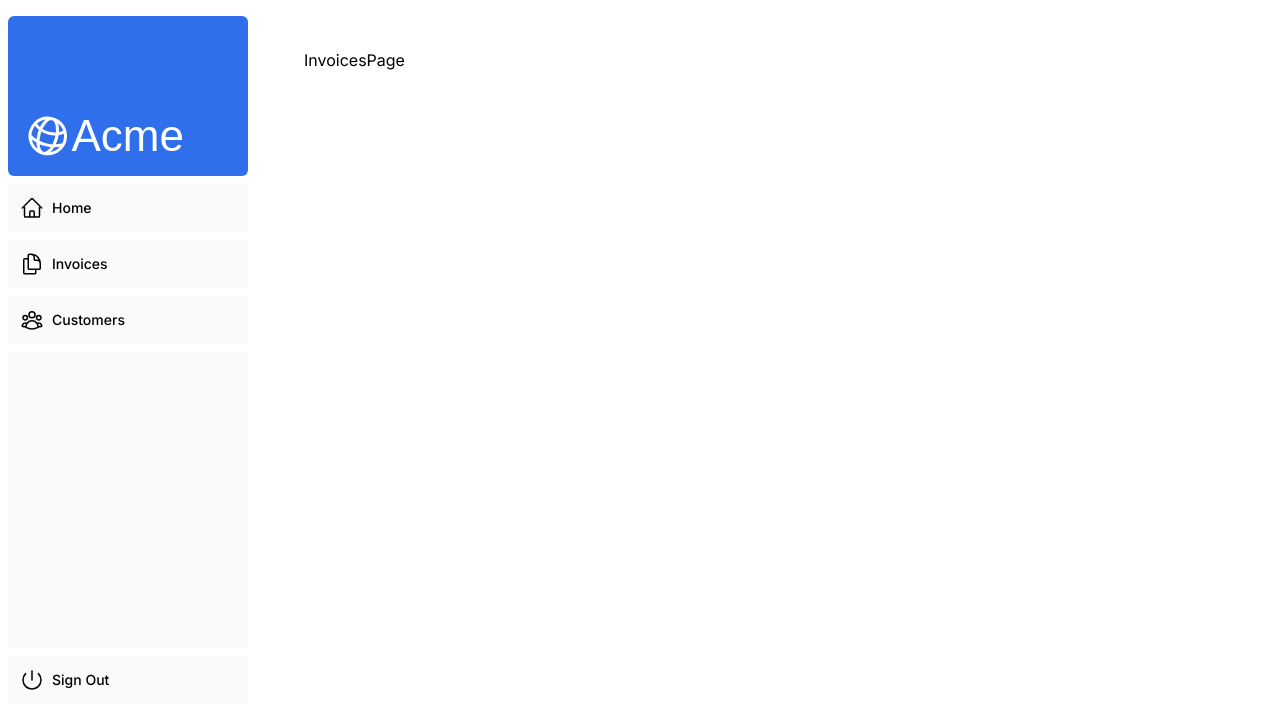
Repository: mrthanhdo/nextjs-my-dashboard
Page: /dashboard/invoices
The author's editor kept a copy of each file at every save. The page is drawn from the files as they stood at one save, then again after the next save.
The browser window is 1280 px wide. The pictures show the whole page.
Some web fonts or font styles are not loaded; a fallback is used. The project was rebuilt for these pictures with package versions that can differ from the ones it lists, and the page was loaded fresh each time. The framework's server and built-in components were replaced by stand-ins that run in the browser. Also part of the build but not shown: next.config.js.

Above is the page before, as saved 2024-06-06 11:43:41.

### app/dashboard/invoices/page.tsx
import React from 'react'

export default function InvoicesPage() {
    return (
        <div>InvoicesPage</div>
    )
}

### app/ui/dashboard/sidenav.tsx
import Link from 'next/link';
import NavLinks from '@/app/ui/dashboard/nav-links';
import AcmeLogo from '@/app/ui/acme-logo';
import { PowerIcon } from '@heroicons/react/24/outline';

export default function SideNav() {
  return (
    <div className="flex h-full flex-col px-3 py-4 md:px-2">
      <Link
        className="mb-2 flex h-20 items-end justify-start rounded-md bg-blue-600 p-4 md:h-40"
        href="/"
      >
        <div className="w-32 text-white md:w-40">
          <AcmeLogo />
        </div>
      </Link>
      <div className="flex grow flex-row justify-between space-x-2 md:flex-col md:space-x-0 md:space-y-2">
        <NavLinks />
        <div className="hidden h-auto w-full grow rounded-md bg-gray-50 md:block"></div>
        <form>
          <button className="flex h-[48px] w-full grow items-center justify-center gap-2 rounded-md bg-gray-50 p-3 text-sm font-medium hover:bg-sky-100 hover:text-blue-600 md:flex-none md:justify-start md:p-2 md:px-3">
            <PowerIcon className="w-6" />
            <div className="hidden md:block">Sign Out</div>
          </button>
        </form>
      </div>
    </div>
  );
}

### app/ui/dashboard/nav-links.tsx
import {
  UserGroupIcon,
  HomeIcon,
  DocumentDuplicateIcon,
} from '@heroicons/react/24/outline';
import Link from 'next/link';
import { usePathname } from 'next/navigation';
import clsx from 'clsx';

// Map of links to display in the side navigation.
// Depending on the size of the application, this would be stored in a database.
const links = [
  { name: 'Home', href: '/dashboard', icon: HomeIcon },
  {
    name: 'Invoices',
    href: '/dashboard/invoices',
    icon: DocumentDuplicateIcon,
  },
  { name: 'Customers', href: '/dashboard/customers', icon: UserGroupIcon },
];

export default function NavLinks() {
  const pathname = usePathname()
  return (
    <>
      {links.map((link) => {
        const LinkIcon = link.icon;
        return (
          <Link
            key={link.name}
            href={link.href}
            className={clsx('flex h-[48px] grow items-center justify-center gap-2 rounded-md bg-gray-50 p-3 text-sm font-medium hover:bg-sky-100 hover:text-blue-600 md:flex-none md:justify-start md:p-2 md:px-3',

            )}
          >
            <LinkIcon className="w-6" />
            <p className="hidden md:block">{link.name}</p>
          </Link>
        );
      })}
    </>
  );
}

Loaded but not shown: app/layout.tsx (common file); app/dashboard/layout.tsx (common file); app/ui/global.css (common file); app/ui/fonts.ts (common file); app/ui/acme-logo.tsx (common file); tailwind.config.ts (common file)

After the next save:
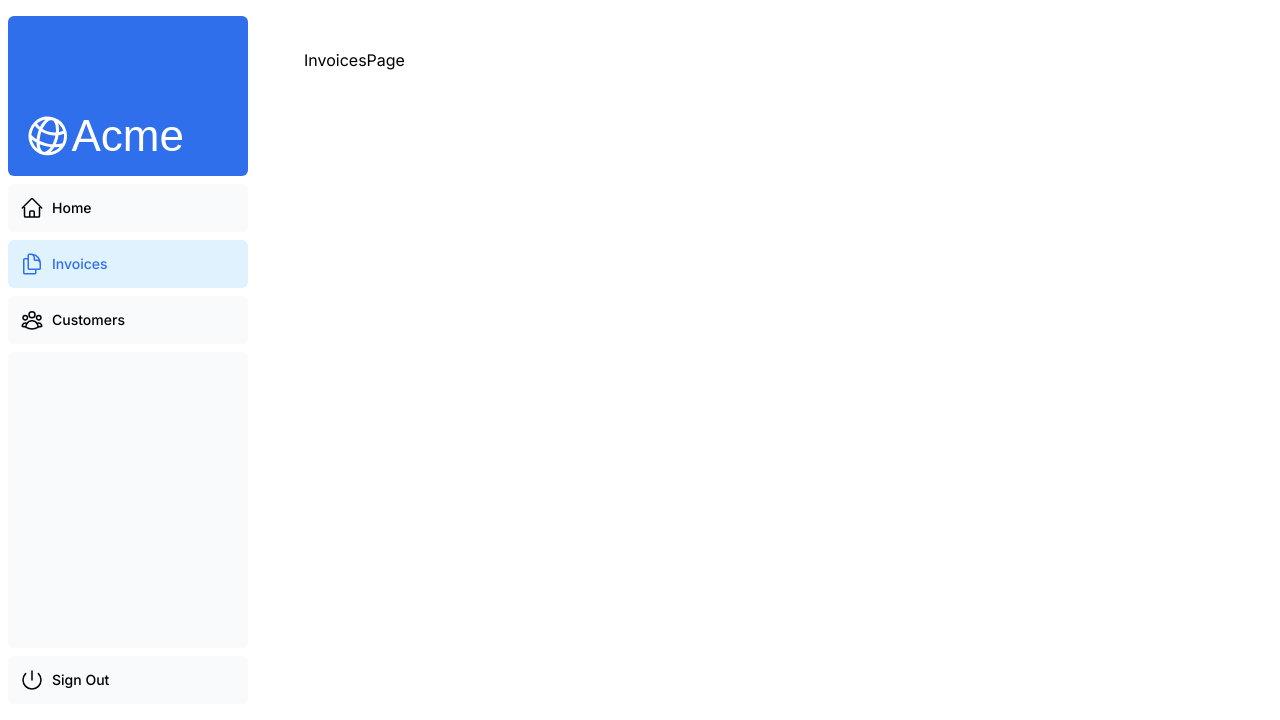
Saved 47 s later.
--- a/app/ui/dashboard/nav-links.tsx
+++ b/app/ui/dashboard/nav-links.tsx
@@ -30,7 +30,9 @@
             key={link.name}
             href={link.href}
             className={clsx('flex h-[48px] grow items-center justify-center gap-2 rounded-md bg-gray-50 p-3 text-sm font-medium hover:bg-sky-100 hover:text-blue-600 md:flex-none md:justify-start md:p-2 md:px-3',
-
+              {
+                'bg-sky-100 text-blue-600': pathname === link.href,
+              }
             )}
           >
             <LinkIcon className="w-6" />
